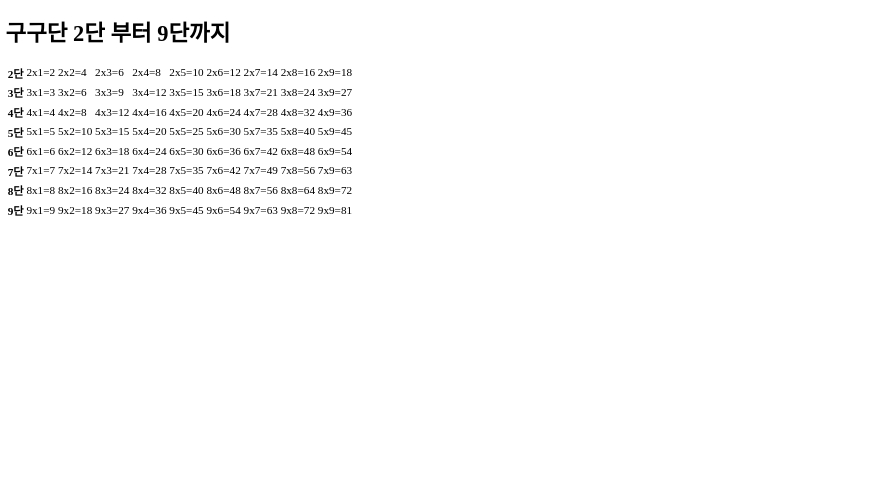
Repository: hyeongu135-ui/Jsp2026
Page: http://localhost/chapter01/test02.jsp
An editor plug-in stored every save of this project. The page is shown before and after the next save, followed by the edit.
The browser window is 1280 px wide. The pictures show the whole page, at 70% of full size.
The page is served by Tomcat 9.

Above is the page before, as saved 2026-10-16 04:09:16.

After the next save:
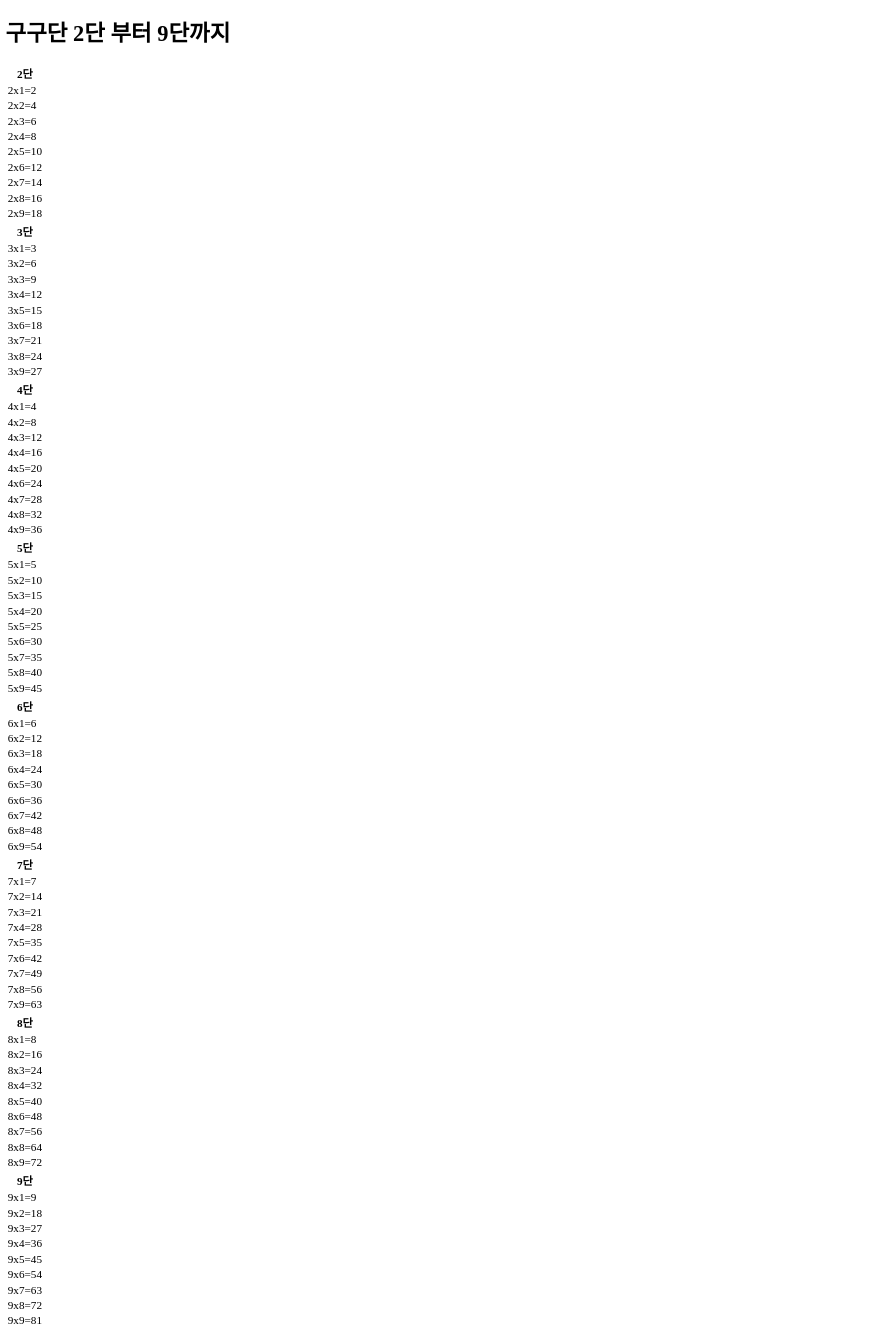
Saved 62 s later.
--- a/chapter01/src/main/webapp/test02.jsp
+++ b/chapter01/src/main/webapp/test02.jsp
@@ -22,7 +22,7 @@
 			for (int j = 1; j < 10; j++) {
 				int sum = (i * j);
 			%>
-			<td><%=i + "x" + j + "=" + sum%></td>
+			<tr><td><%=i + "x" + j + "=" + sum%></td></tr>
 
 		<%
 		}
